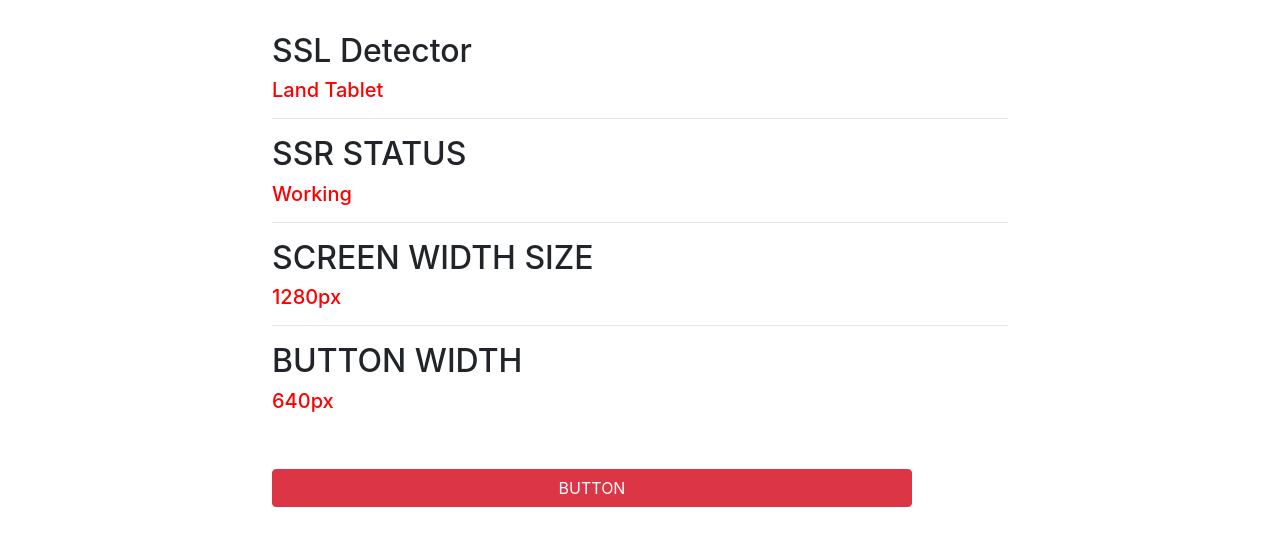
Repository: adrihle/screen-detector-nextpwa
Page: /
The author's editor kept a copy of each file at every save. The page is drawn from the files as they stood at one save, then again after the next save.
The browser window is 1280 px wide. The pictures show the whole page.
The project was rebuilt for these pictures with package versions that can differ from the ones it lists, and the page was loaded fresh each time. The framework's server and built-in components were replaced by stand-ins that run in the browser. Imported but missing from the stored project, and not drawn on this page: pages/_document.

Above is the page before, as saved 2020-12-28 15:16:55.

After the next save:
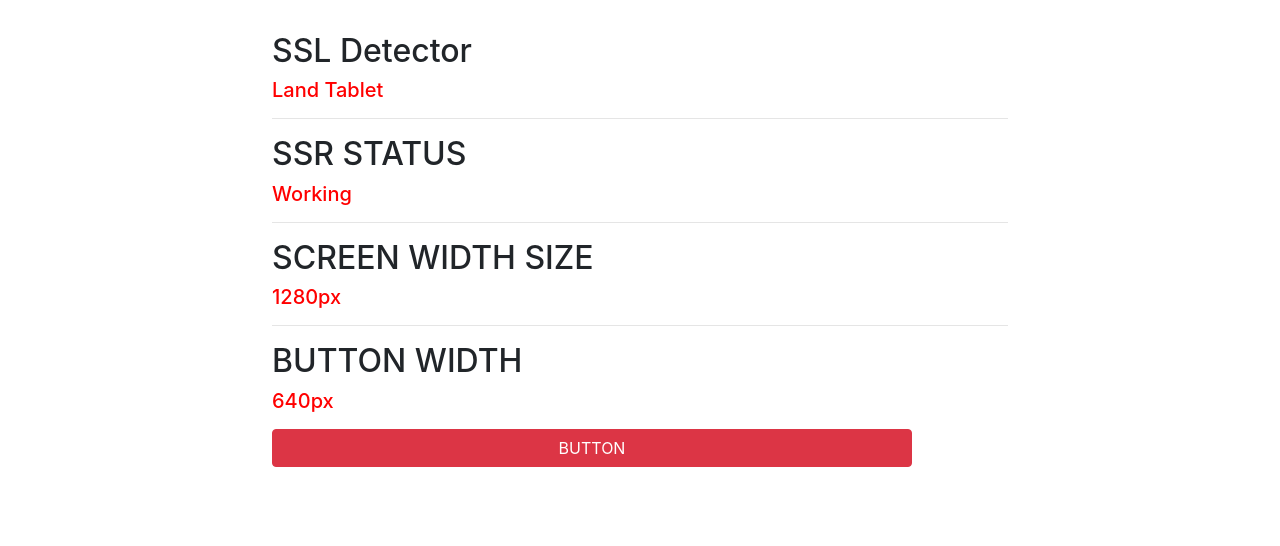
Saved 9 s later.
--- a/pages/index.js
+++ b/pages/index.js
@@ -23,7 +23,7 @@ const Index = ({ server, size, screen }) => {
           <>
             <h2>BUTTON WIDTH</h2>
             <h5 style={{color:'red'}}>{`${btnWidth}px`}</h5>
-            <button style={{width:btnWidth}} className='btn btn-danger mt-5'>BUTTON</button>
+            <button style={{width:btnWidth}} className='btn btn-danger mt-2'>BUTTON</button>
           </>
         )}
     </>
